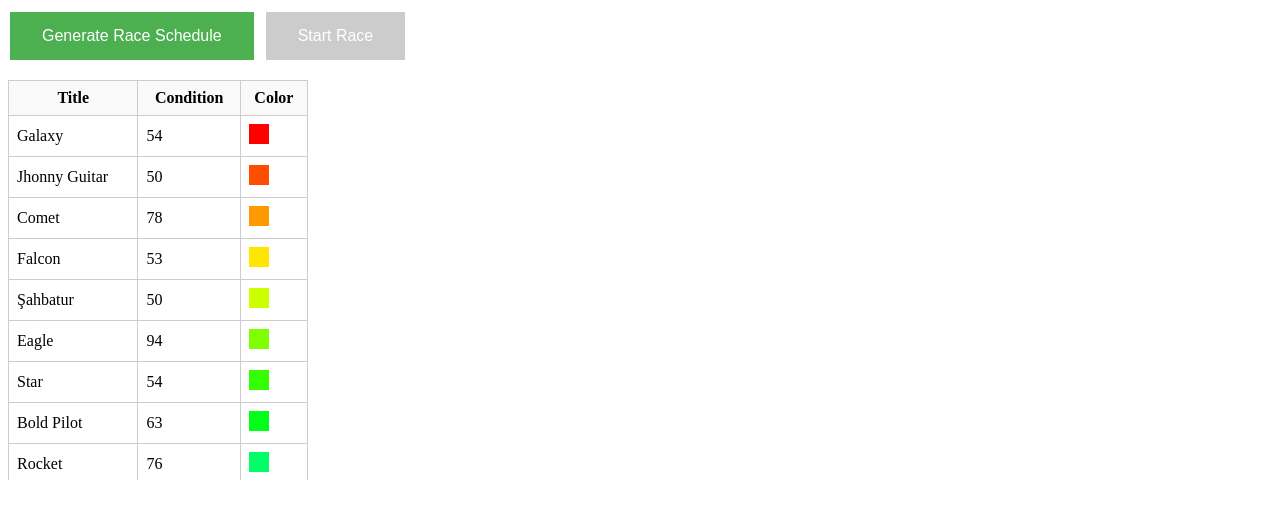
Repository: akinankarali/horse-racing-game
Page: /
An editor plug-in stored every save of this project. The page is shown before and after the next save, followed by the edit.
The browser window is 1280 px wide. The pictures show the whole page.
The project was rebuilt for these pictures with package versions that can differ from the ones it lists, and the page was loaded fresh each time. The framework's server and built-in components were replaced by stand-ins that run in the browser. Also part of the build but not shown: nuxt.config.ts, components/Results.vue. Imported but missing from the stored project, and not drawn on this page: store/setting.

Above is the page before, as saved 2024-06-09 21:12:10.

After the next save:
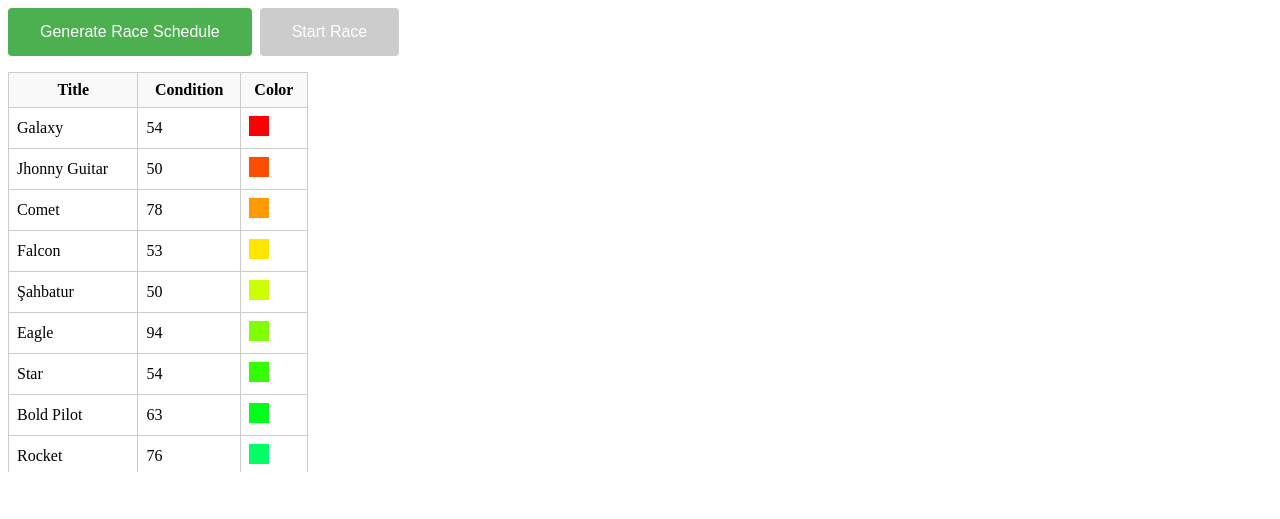
Saved 12 s later.
--- a/components/Button.vue
+++ b/components/Button.vue
@@ -34,8 +34,8 @@ button {
   text-decoration: none;
   display: inline-block;
   font-size: 16px;
-  margin: 4px 2px;
   cursor: pointer;
+  border-radius: 4px;
 
   &:hover {
     background-color: #45a049;
